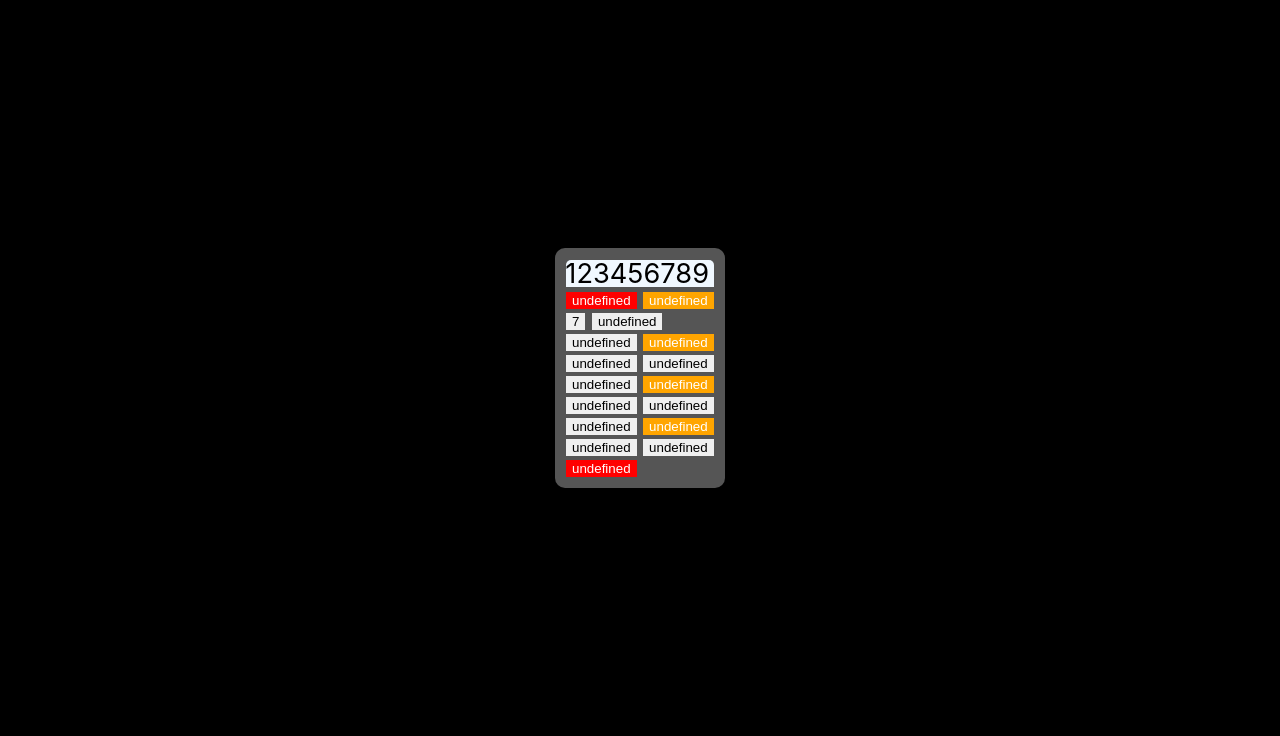
Repository: andersonxoliveira/Aplicacao_Calculadora
Page: /
These files come from the project's save history. The page is drawn as it stood at one moment and after the next save; the edit follows.
The browser window is 1280 px wide. The pictures show the whole page.
The project was rebuilt for these pictures with package versions that can differ from the ones it lists, and the page was loaded fresh each time. Also part of the build but not shown: svelte.config.js, vite.config.ts.

Above is the page before, as saved 2022-06-26 18:34:48.

### src/App.svelte
<script lang="ts">
import Calculadora from "./components/Calculadora.svelte";


</script>

<main>
        <Calculadora />
</main>

<style>
:global(body) {
  background-color: black;
}

  :root {
    --cor-fundo: #555 ;
    font-family: -apple-system, BlinkMacSystemFont, 'Segoe UI', Roboto, Oxygen,
      Ubuntu, Cantarell, 'Open Sans', 'Helvetica Neue', sans-serif;
  }

  main {
   display: flex;
   justify-content: center;
   align-items: center;
   height:  100vh;
  }

</style>

### src/components/Calculadora.svelte
<script lang="ts">
import Botao from "./Botao.svelte";
import Display from "./Display.svelte";
import Linha from "./Linha.svelte";

</script>
<div class="calculadora">
 <Display valor="0123456789"/>
  <Linha >
    <Botao destaque triplo texto="AC"/>
    <Botao operacao texto="/"/>
</Linha>
  <Linha >
             <Botao botao="7"/>
             <Botao texto="8"/>
              <Botao texto="9"/>
              <Botao operacao texto="*"/>
      </Linha>
      <Linha >
        <Botao texto="4"/>
        <Botao texto="5"/>
         <Botao texto="6"/>
         <Botao operacao texto="+"/>
 </Linha>
 <Linha >
  <Botao texto="1"/>
  <Botao texto="2"/>
   <Botao texto="3"/>
   <Botao operacao texto="-"/>
</Linha>
<Linha >
  <Botao duplo texto="0"/>
  <Botao texto=","/>
   <Botao destaque texto="="/>
  </Linha>
</div>

<style>
      .calculadora {
        background-color: var(--cor-fundo);
        height:  220px;
        width:  150px;
        padding:  10px;
        border-radius:  10px;

        display: flex;
        flex-direction:  column;
      }
</style>

### src/components/Botao.svelte
<script lang="ts">
      export let botao: string
      export let triplo: boolean = false
      export let duplo: boolean = false
      export let operacao: boolean = false
      export let destaque: boolean = false
</script>

<button class= "botao"
class:triplo class:duplo class:operacao class:destaque>
{botao}
</button>

<style>
        .botao {
            margin:  0;
            border:  1px solid var(--cor-fundo);
              flex-basis:  25%;
        }

          .triplo {
            flex-basis:  75%;
          }

          .duplo {
            flex-basis:  50%;
          }

          .operacao {
           background-color: orange;
           color: white;
          }

          .destaque {
            background-color: red;
            color: white;
          }
</style>

### src/components/Display.svelte
<script lang="ts">
      export let valor: string

      $: tamanhoFonte = valor.length > 20 ? 'pequena' : `s-${valor}`
</script>

<div class={`tela ${tamanhoFonte}`}>
        <span>{valor}</span>
</div>

<style>
  .tela {
    display: flex;
    flex: 1;
    justify-content: flex-end;
    align-items: center;
    padding: 0px 5px;
    font-size: 1.7rem;
    background-color: aliceblue;
    overflow: hidden;
    margin: 2px 1px;
    border-top-right-radius: 5px;
    border-top-left-radius: 5px;
  }

  .s-10 { font-size: 1.4rem;}
  </style>

### src/components/Linha.svelte
<div class="linha">
        <slot />
</div>

<style>
      .linha {
        display: felx;
      }
</style>

Loaded but not shown: index.html (common file); src/main.ts (common file)

After the next save:
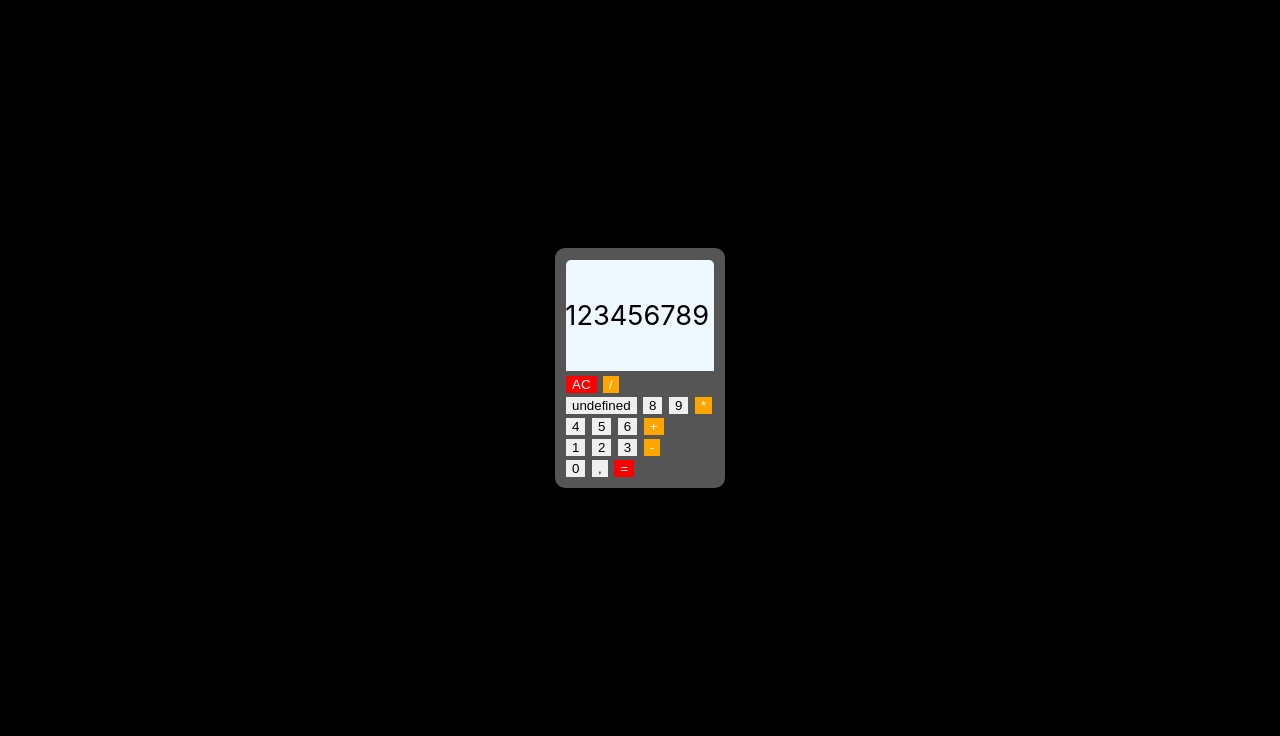
Saved 15 s later.
--- a/src/components/Botao.svelte
+++ b/src/components/Botao.svelte
@@ -1,5 +1,5 @@
 <script lang="ts">
-      export let botao: string
+      export let texto: string
       export let triplo: boolean = false
       export let duplo: boolean = false
       export let operacao: boolean = false
@@ -8,7 +8,7 @@
 
 <button class= "botao"
 class:triplo class:duplo class:operacao class:destaque>
-{botao}
+{texto}
 </button>
 
 <style>
